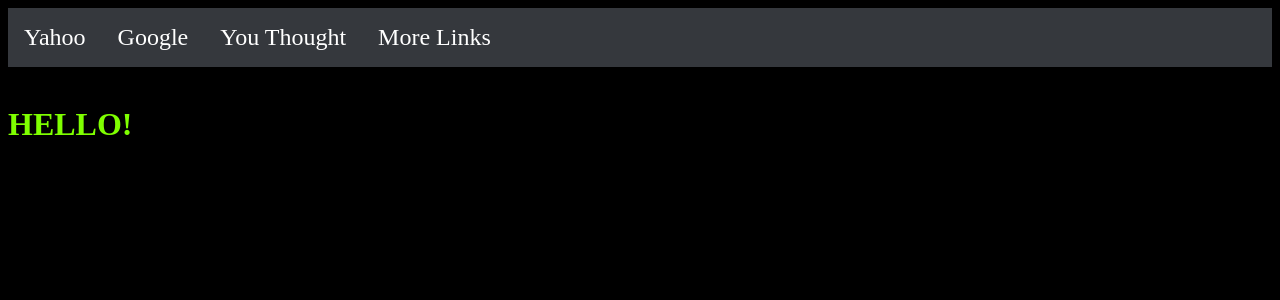
Repository: MasonSingleterry/MasonSingleterry.github.io
Page: navbar.html
The author's editor kept a record of every edit. The page is drawn from the files as they stood at one moment, then again after the next edit.
The browser window is 1280 px wide. The pictures show the whole page.

Above is the page before.

### navbar.html
<!DOCTYPE html>
<html>
    <head>
        <title>This is a Web Page!</title>
        <style>
        .body{
        background-color:black;
        color: #7FFF00;
       }
        .navbar{
        background-color: #35383d;
        overflow: hidden;
      }

      .navbar a {
        color: #FFF;
        font-size: 24px;
        text-decoration: none;
        padding:16px;
        float:left;
      }

      .morelinks{
        color: #FFF;
        font-size: 24px;
        text-decoration: none;
        padding:16px;
      }

      .navbar a:hover, .morelinks:hover{
        background-color: #7FFF00;
      }

      .dropdown:hover .dropdown-content{
        display: block;
      }

      .dropdown-content{
        position: absolute;
        z-index: 1;
        display:none;
        background-color: #35383d;

      }

      .dropdown{
          color: #7FFF00;
          float: left;
          text-decoration: none;
          font-size: 24px;
      }

      .dropdown-content a{
          float: none;
          display: block;
      }

        </style>
    </head>
    <body class=body>
    <div class="navbar">
      <a href="https://www.yahoo.com">Yahoo</a>
      <a href="https://www.google.com">Google</a>
      <a href="https://www.yahoo.com">You Thought</a>
      <div class="dropdown">
        <div class="morelinks">More Links</div>
        <div class="dropdown-content">
          <a href="https://www.awseducate.com">AWS Educate</a>
          <a href="https://www.collegeboard.org">College Board</a>
        </div>
      </div>
    </div>
    <br>
        <h1> HELLO! </h1>
  </body>
</html>

After the next edit:
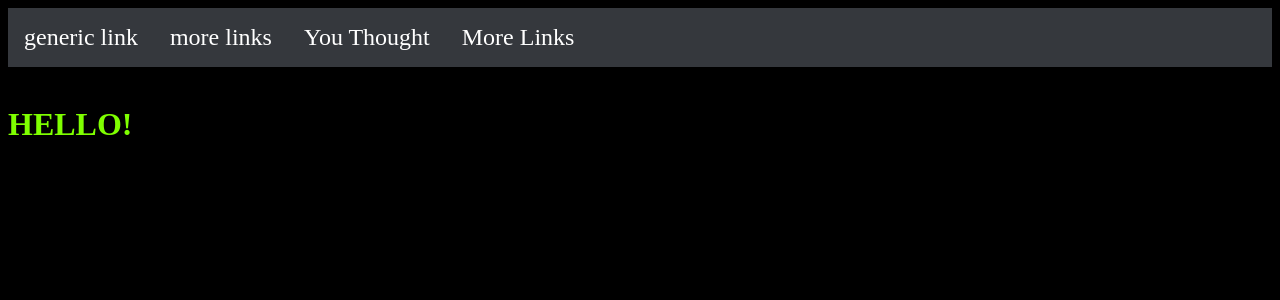
The edit:
--- a/navbar.html
+++ b/navbar.html
@@ -59,8 +59,8 @@
     </head>
     <body class=body>
     <div class="navbar">
-      <a href="https://www.yahoo.com">Yahoo</a>
-      <a href="https://www.google.com">Google</a>
+      <a href="https://www.yahoo.com">generic link</a>
+      <a href="https://www.google.com">more links</a>
       <a href="https://www.yahoo.com">You Thought</a>
       <div class="dropdown">
         <div class="morelinks">More Links</div>
